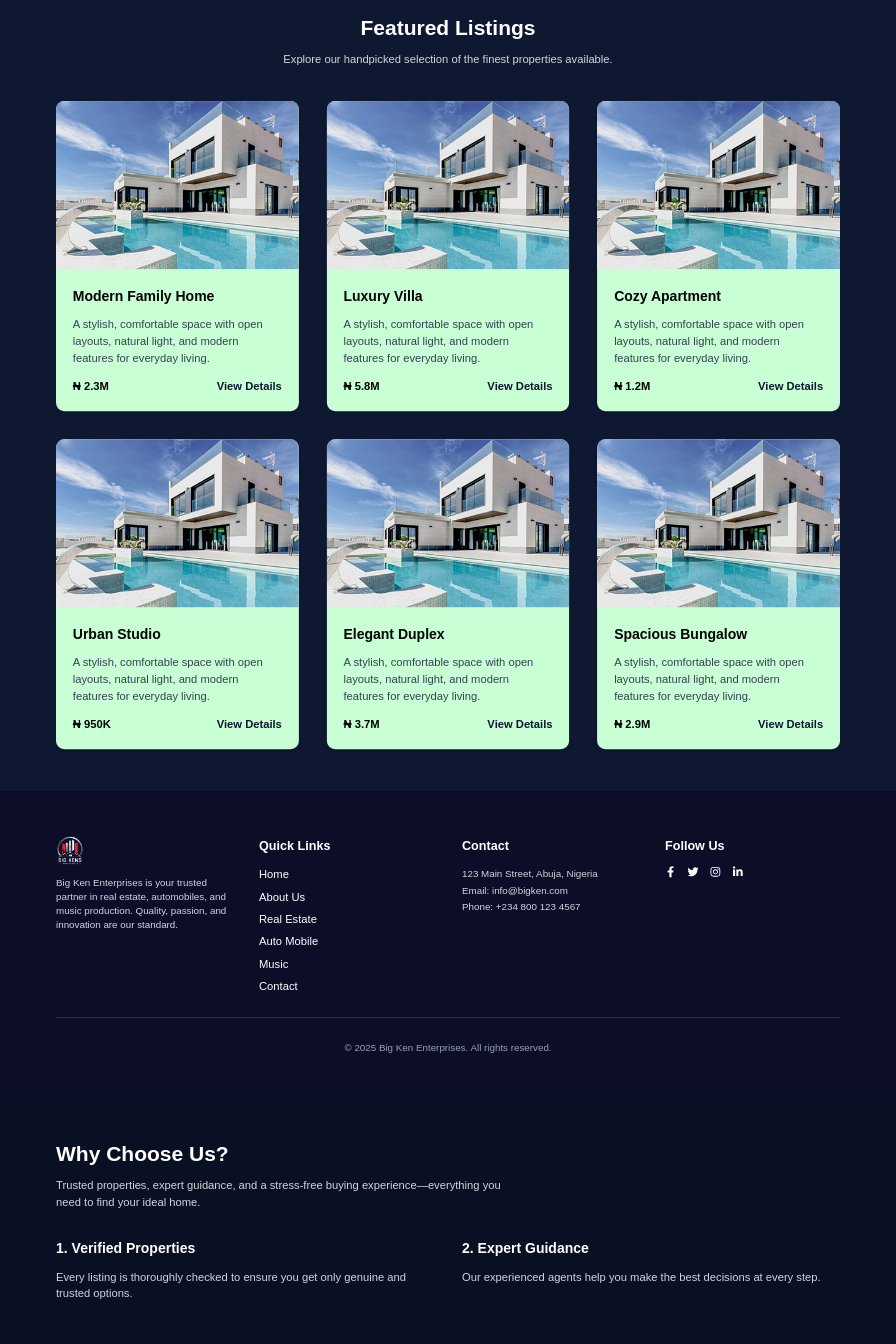
Repository: techvaro/Big-kens-realty-Frontend-react-
Page: /real-estate (app in big-kens-realty/)
An editor plug-in stored every save of this project. The page is shown before and after the next save, followed by the edit.
The browser window is 1280 px wide. The pictures show the part of the page from y = 739 to 2659 px (the page is 2659 px tall), at 70% of full size.
The project was rebuilt for these pictures with package versions that can differ from the ones it lists, and the page was loaded fresh each time. Also part of the build but not shown: big-kens-realty/vite.config.js, big-kens-realty/src/components/Home/hero.jsx, big-kens-realty/src/components/Home/Services.jsx, big-kens-realty/src/components/Home/Stats.jsx, big-kens-realty/src/components/Home/About.jsx, big-kens-realty/src/components/Home/FeaturedProperties.jsx, big-kens-realty/src/components/Home/AutoMobileSale.jsx, big-kens-realty/src/components/Home/RecentProductions.jsx and 7 more.

Above is the page before, as saved 2025-12-09 23:52:16.

After the next save:
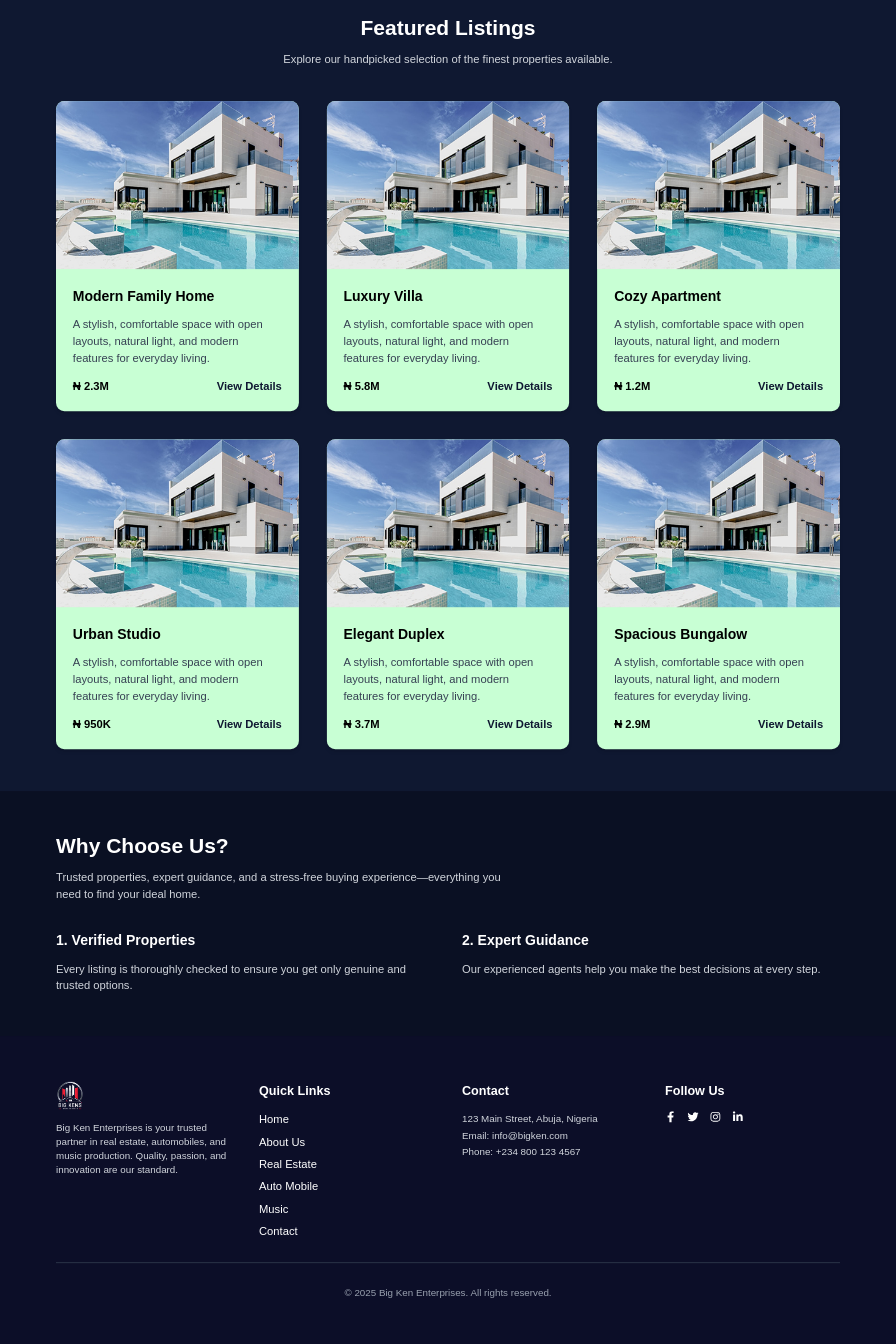
Saved 19 s later.
--- a/big-kens-realty/src/Pages/realestate.jsx
+++ b/big-kens-realty/src/Pages/realestate.jsx
@@ -13,9 +13,9 @@ export default function estate() {
 
       <Listings />
 
+      <Choose />
+
       <Footer />
-
-      <Choose />
     </>
   );
 }
